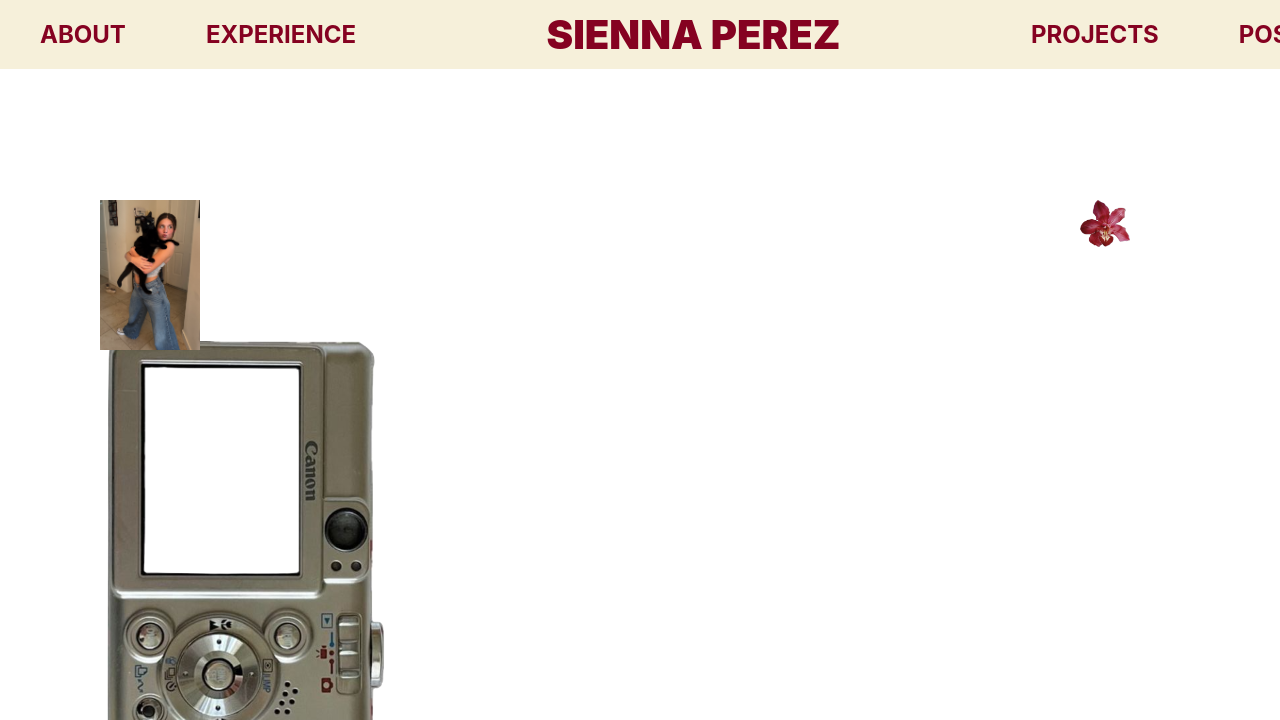
Repository: siennaperez/siennaperezweb
Page: /
These files come from the project's save history. The page is drawn as it stood at one moment and after the next save; the edit follows.
The browser window is 1280 px wide. The pictures show the whole page.
The project was rebuilt for these pictures with package versions that can differ from the ones it lists, and the page was loaded fresh each time. Also part of the build but not shown: src/pages/About.css, src/pages/About.js, src/pages/Experience.css, src/pages/Experience.js.

Above is the page before, as saved 2025-09-24 12:49:14.

### src/App.js
import './App.css';
import ReactDOM from "react-dom/client";
import { HashRouter, Routes, Route, Link } from "react-router-dom";
import Navbar from "./components/Navbar";
import Home from "./pages/Home";
import About from "./pages/About";
import Experience from "./pages/Experience";


function App() {
  return (
    <HashRouter>
      <Navbar />
      <Routes>
        <Route path="/" element={<Home />} />
        <Route path="/about" element={<About />} />
        <Route path="/experience" element={<Experience />} />

      </Routes>
    </HashRouter>
  );
}

export default App;

### src/App.css
.App {
  text-align: center;
}

.App-logo {
  height: 40vmin;
  pointer-events: none;
}

@media (prefers-reduced-motion: no-preference) {
  .App-logo {
    animation: App-logo-spin infinite 20s linear;
  }
}

.App-header {
  background-color: #FFFCEF;
  min-height: 100vh;
  display: flex;
  flex-direction: column;
  align-items: center;
  justify-content: center;
  font-size: calc(10px + 2vmin);
  color: white;
}

.App-link {
  color: #61dafb;
}

@keyframes App-logo-spin {
  from {
    transform: rotate(0deg);
  }
  to {
    transform: rotate(360deg);
  }
}

### src/components/Navbar.js
import "./Navbar.css";
import { NavLink } from "react-router-dom";

const Navbar = () => {
  return (
    <nav className="navbar">
      <ul className="nav-list">
        <div className="nav-left">
          <li className="nav-item">
            <NavLink to="/about">ABOUT</NavLink>
          </li>
          <li className="nav-item">
            <NavLink to="/experience">EXPERIENCE</NavLink>
          </li>
        </div>

        <div className="nav-center">
          <li className="nav-item">
            <NavLink to="/">SIENNA PEREZ</NavLink>
          </li>
        </div>

        <div className="nav-right">
          <li className="nav-item">
            <NavLink to="/projects">PROJECTS</NavLink>
          </li>
          <li className="nav-item">
            <NavLink to="/posts">POSTS</NavLink>
          </li>
        </div>
      </ul>
    </nav>
  );
};

export default Navbar;

### src/pages/Home.js
import cam from '../media/cam.png';
import orchid from '../media/orchid.png';
import redpatches from '../media/red-patches.png';
import toops from '../media/sienna_toopy.jpg';

import about from '../pages/About.js'

import "./Home.css";



function Home() {
  return (
    <div className="App">
        <img src={cam} alt="cam" className="cam-img"/>;
        <img src={orchid} alt="orchid" className="orchid-img"/>;
        <img src={redpatches} alt="redpatches" className="redpatches-img"/>;
        <img src={toops} alt="toops" className="toops-img"/>;

        < about />
    </div>

  );
}

export default Home;

### src/components/Navbar.css
.navbar {
  background-color: #F6F0DA;
  padding: 10px 40px;
  position: fixed;
  width: 100%;
  top: 0;
  z-index: 100;
}

.nav-list {
  display: flex;
  justify-content: space-between;
  align-items: center;
  list-style: none;
  margin: 0;
  padding: 0;
  font-weight: bold;
  font-size: 24px;
  color: #850221;
}

.nav-left,
.nav-right {
  display: flex;
  gap: 80px;
}

.nav-center {
  font-size: 40px;
  font-weight: 900;
}

.nav-item a {
  text-decoration: none;
  color: #850221;
}

### src/pages/Home.css


html, body {
  margin: 0;
  padding: 0;
  overflow: hidden;
  width: 100%;
  height: 100%;
}
#root {
  width: 100%;
  height: 100%;
  position: relative;
}

.App{
    position: relative;
}

.toops-img {
  width: 100px;
  height: auto;
  top: 200px;
  left: 100px;
  position: fixed
}

.cam-img {
  position: fixed;
  top: 150px;
  left: 1px;
  width: 450px;
  transform: rotate(90deg);
}

.orchid-img {
  position: absolute;
  top: 200px;
  right: 150px;
  width: 50px;
}

.redpatches-img {
  position: absolute;
  bottom: 50px;
  left: 50%;
  width: 10px;
  size-adjust: 1000%;
  size-adjust: 10px;
}

Loaded but not shown: public/index.html (common file); src/index.js (common file); src/index.css (common file); src/reportWebVitals.js (common file)

After the next save:
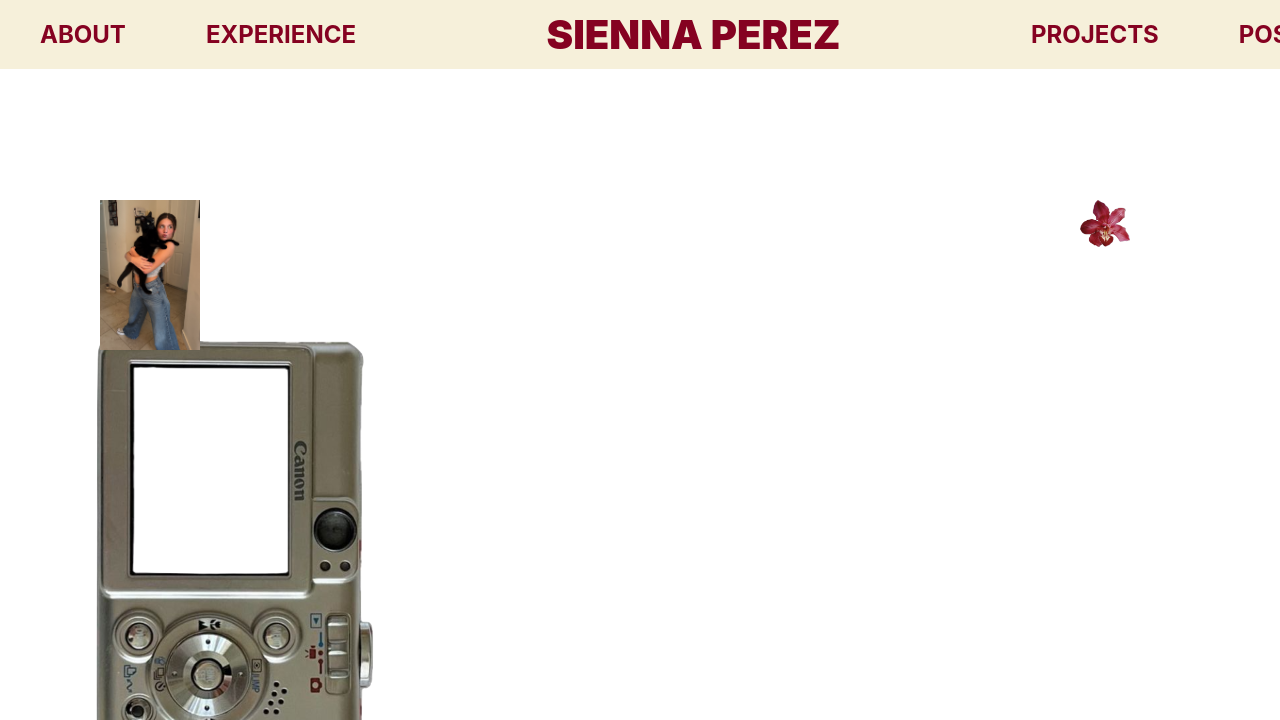
Saved 10 s later.
--- a/src/pages/Home.css
+++ b/src/pages/Home.css
@@ -28,7 +28,7 @@
 .cam-img {
   position: fixed;
   top: 150px;
-  left: 1px;
+  left: -10px;
   width: 450px;
   transform: rotate(90deg);
 }
